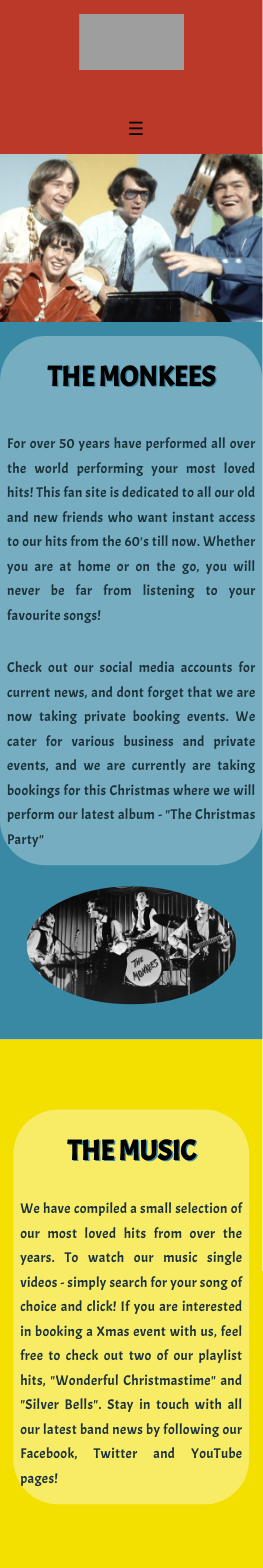
Repository: stu1612/Milestone-Project-Stu-Bolderson
Page: index.html
The author's editor kept a record of every edit. The page is drawn from the files as they stood at one moment, then again after the next edit.
The browser window is 375 px wide. The pictures show the part of the page from y = 0 to 2240 px (the page is 4758 px tall before and 4793 px after), at 70% of full size.
Pictures or frames that could not be fetched are drawn as grey boxes. Some web libraries are served in a nearby version.

Above is the page before.

After the next edit:
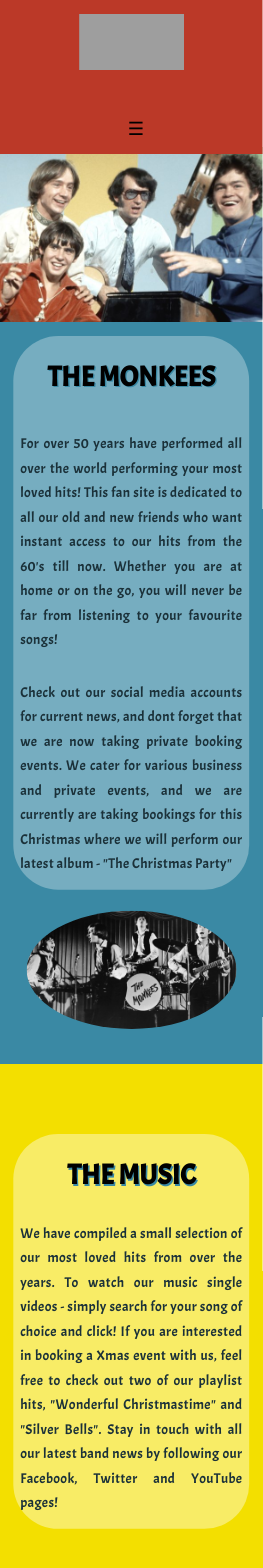
The edit:
--- a/style.css
+++ b/style.css
@@ -548,7 +548,7 @@
 
 @media screen and (max-width:500px) {
     .content-box {
-        width:100%
+        width:90%
     }
 }
 
